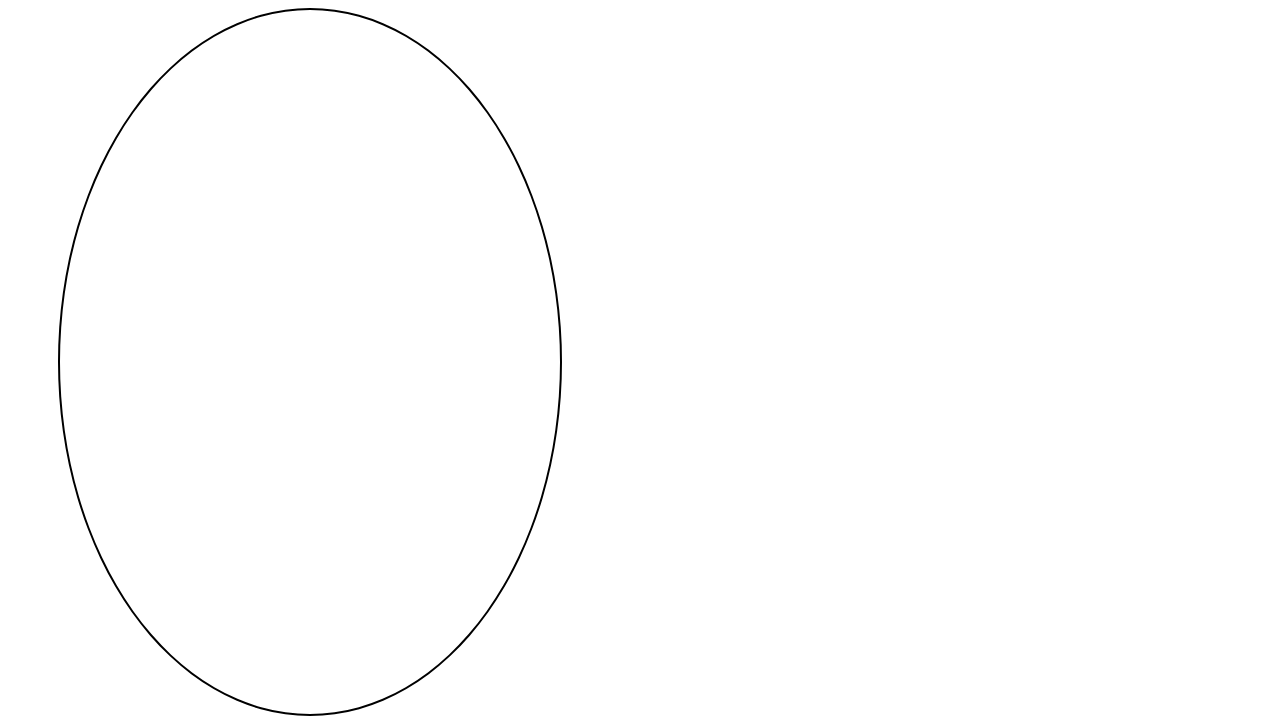
Repository: Lungdjos/ferris_wheel
Page: index.html
An editor plug-in stored every save of this project. The page is shown before and after a run of saves, followed by the edit.
The browser window is 1280 px wide. The pictures show the whole page.

Above is the page before, as saved 2024-01-08 11:07:46.

### index.html
<!DOCTYPE html>
<html lang="en">

<head>
    <meta charset="UTF-8">
    <meta name="viewport" content="width=device-width, initial-scale=1.0">
    <title>Ferris Wheel</title>
    <link rel="stylesheet" href="./styles.css">
</head>

<body>
    <div class="wheel">
        <span class="line"></span>
        <span class="line"></span>
        <span class="line"></span>
        <span class="line"></span>
        <span class="line"></span>
        <span class="line"></span>
        <div class="cabin"></div>
        <div class="cabin"></div>
        <div class="cabin"></div>
        <div class="cabin"></div>
        <div class="cabin"></div>
        <div class="cabin"></div>
    </div>

</body>

</html>

### styles.css
.wheel {
    border: 2px solid black;
    border-radius: 50%;
    margin-left: 50px;
    position: absolute;
    height: 55vw;
    width: 55vw;
    max-width: 500px;
}

After the next 3 saves:
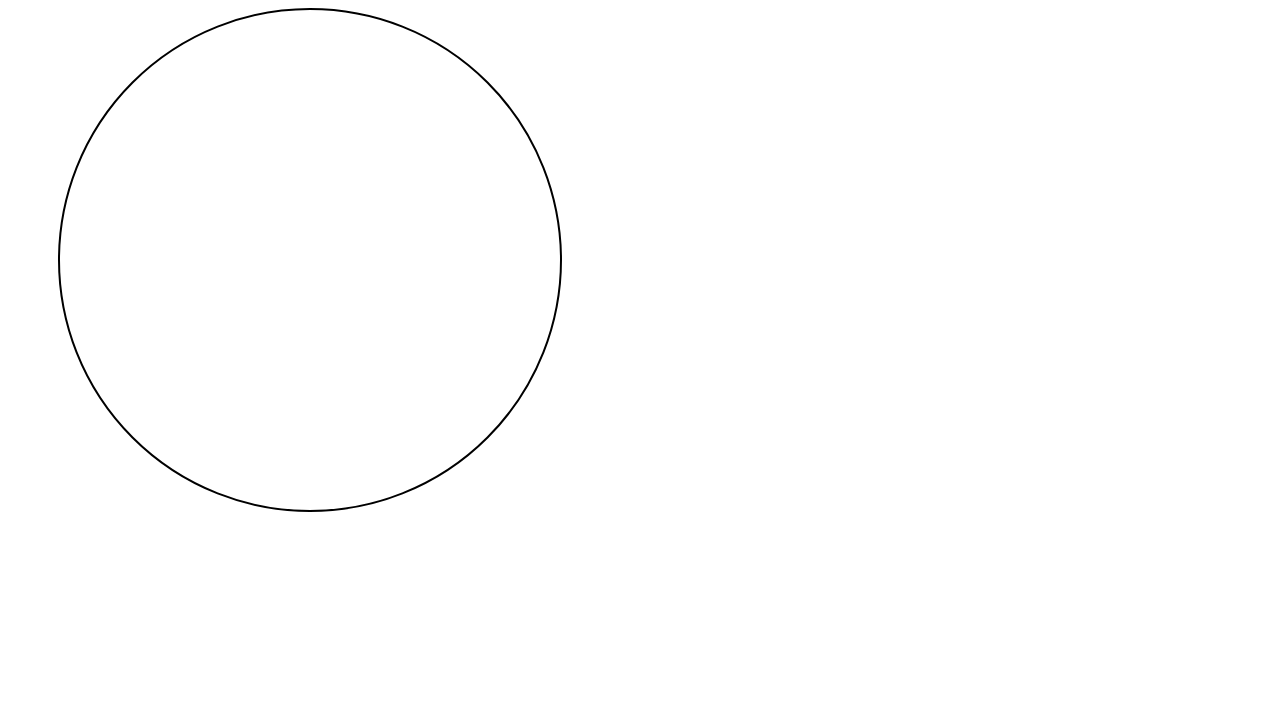
The 3 saves are shown as one change because they came seconds apart.
The last was saved 7 s later.
--- a/styles.css
+++ b/styles.css
@@ -6,4 +6,5 @@
     height: 55vw;
     width: 55vw;
     max-width: 500px;
+    max-height: 500px;
 }
